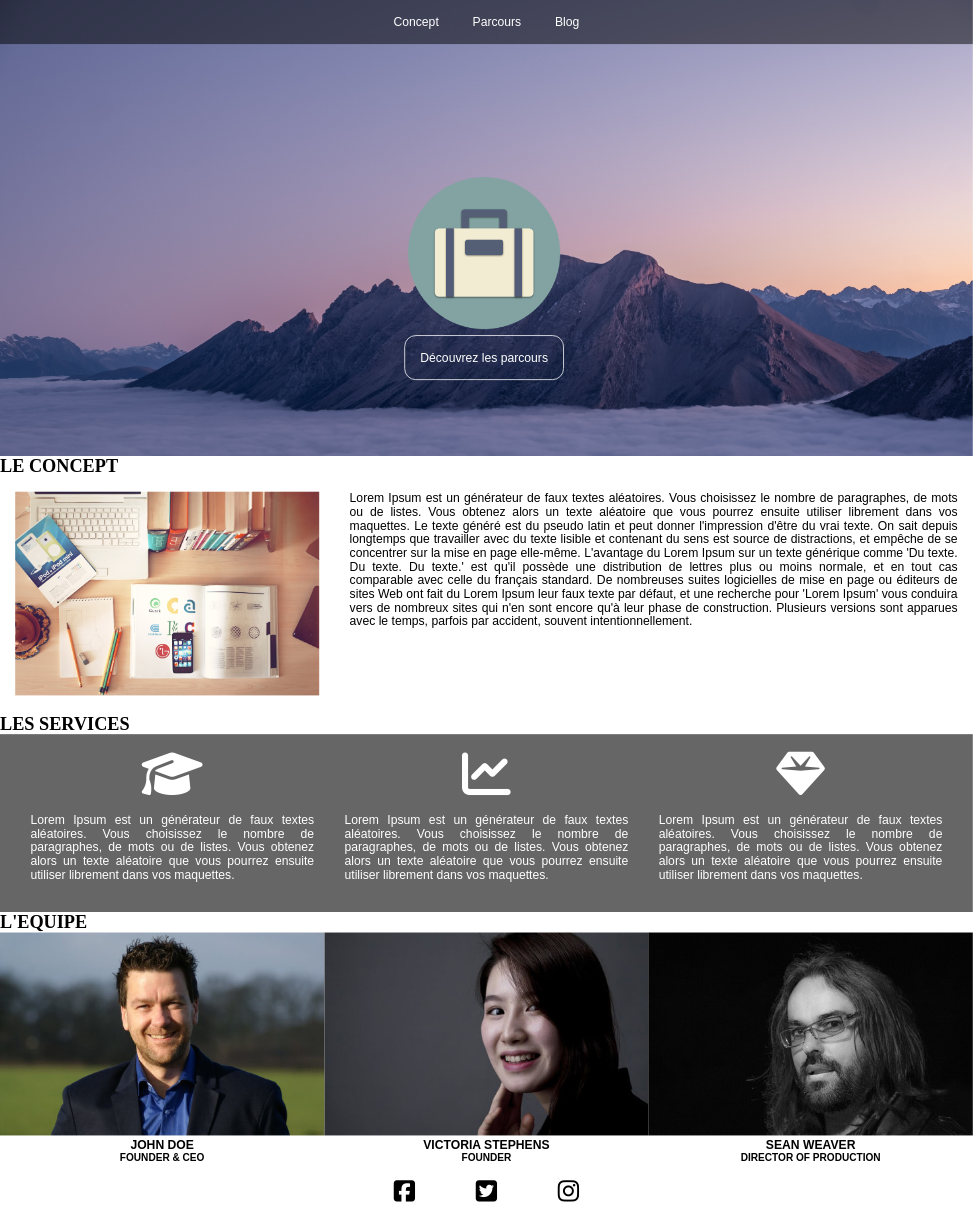
Repository: georeyff/WordPressThemes
Page: agenceVoyageInitial/index.html
The author's editor kept a copy of each file at every save. The page is drawn from the files as they stood at one save, then again after the next save.
The browser window is 1280 px wide. The pictures show the whole page, at 76% of full size.
Some web libraries are served in a nearby version.

Above is the page before, as saved 2020-11-26 17:22:01.

After the next save:
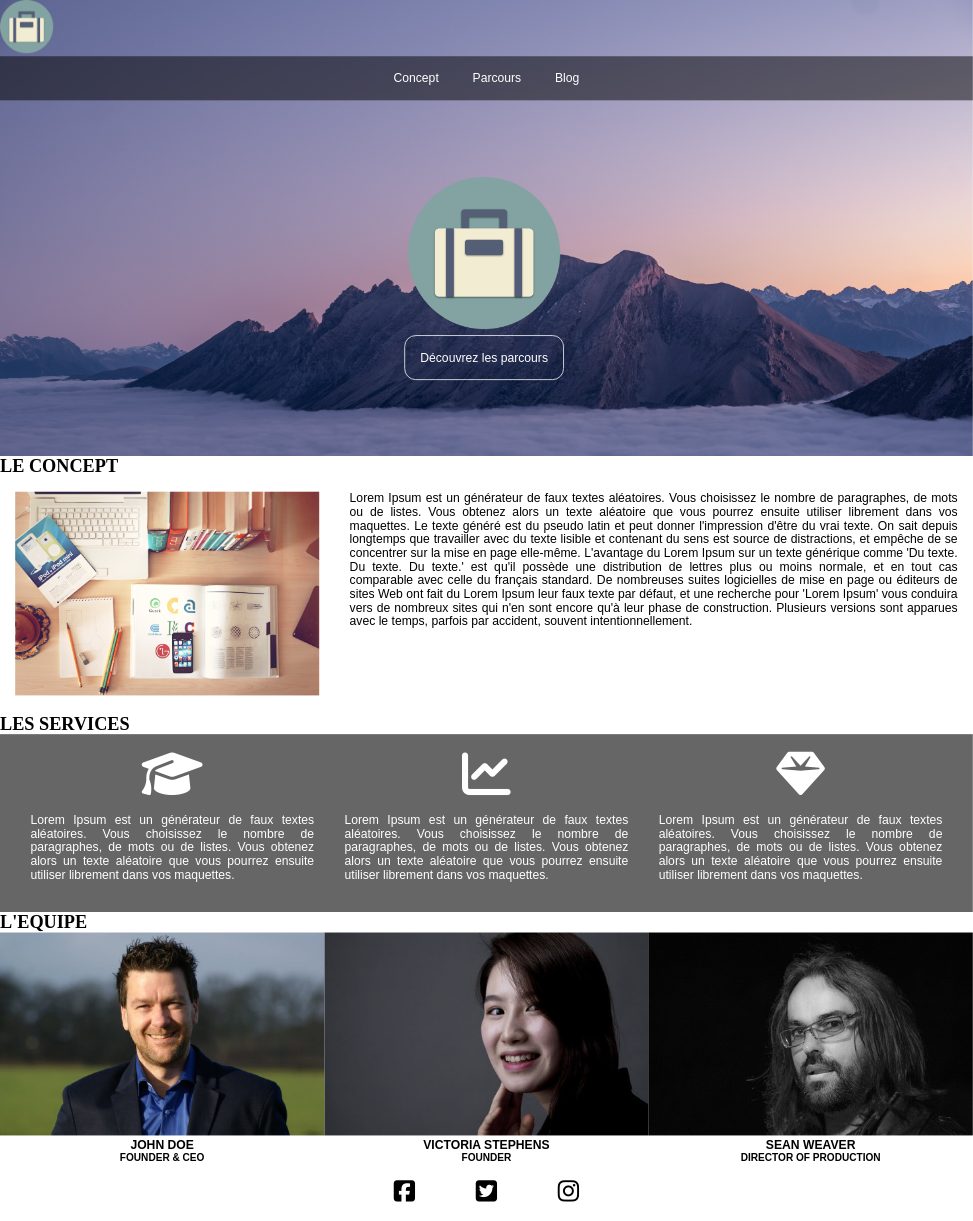
Saved 9 min 58 s later.
--- a/agenceVoyageInitial/index.html
+++ b/agenceVoyageInitial/index.html
@@ -20,6 +20,7 @@
   <body>
 
     <section id="hero">
+      <div id="logo"><img src="logo-valise.png" width="70px"></div>
       <nav>
         <a href="#" target="_blank">Concept</a>
         <a href="#" target="_blank">Parcours</a>
